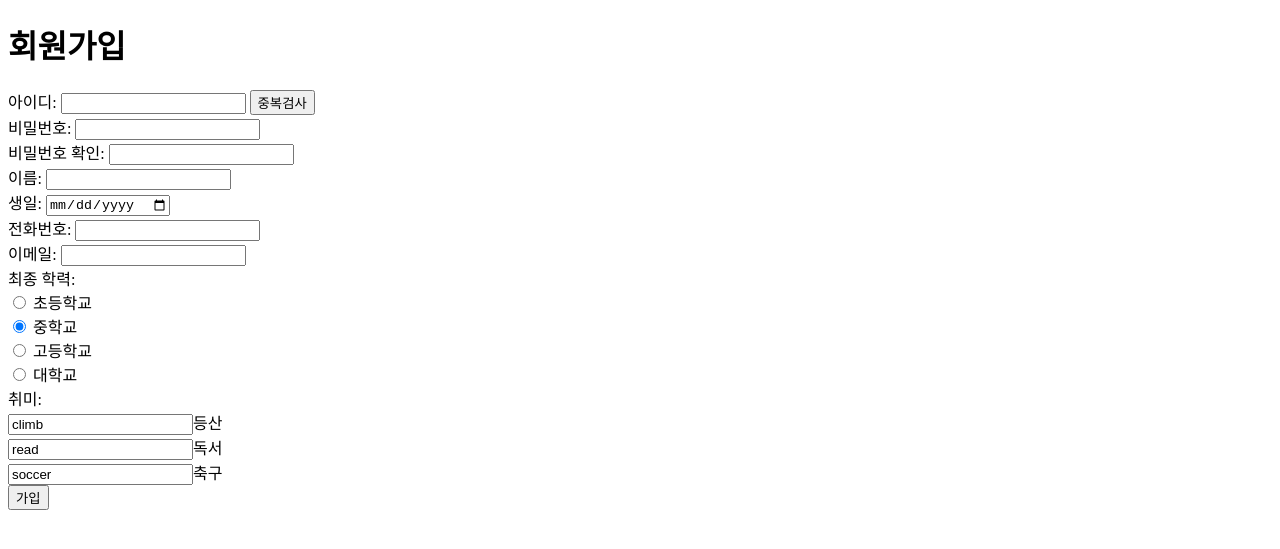
Repository: Chojaejun/javastudy
Page: HelloWorld/WebContent/d.html
These files come from the project's save history. The page is drawn as it stood at one moment and after the next save; the edit follows.
The browser window is 1280 px wide. The pictures show the whole page.

Above is the page before, as saved 2020-12-07 01:46:25.

After the next save:
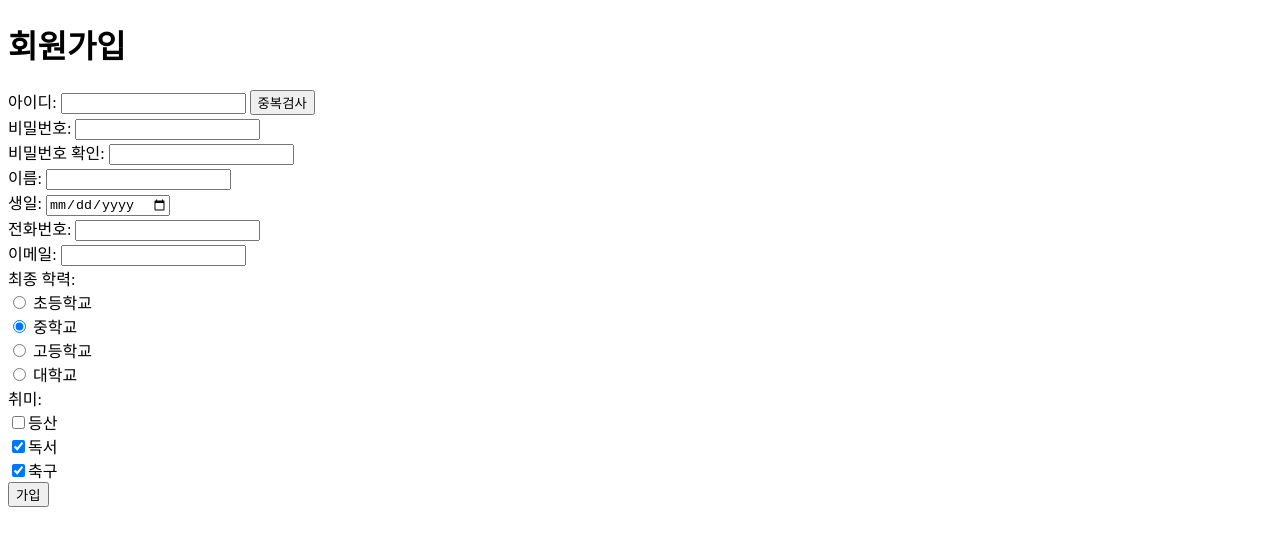
Saved 20 s later.
--- a/HelloWorld/WebContent/d.html
+++ b/HelloWorld/WebContent/d.html
@@ -50,9 +50,9 @@
 <br>
 
 <label>취미: </label><br>
-<input name="hobby" value="climb">등산<br>
-<input name="hobby" value="read" checked>독서<br>
-<input name="hobby" value="soccer" checked>축구<br>
+<input type="checkbox" name="hobby" value="climb">등산<br>
+<input type="checkbox" name="hobby" value="read" checked>독서<br>
+<input type="checkbox" name="hobby" value="soccer" checked>축구<br>
 
 <input type="submit" value="가입">
 
